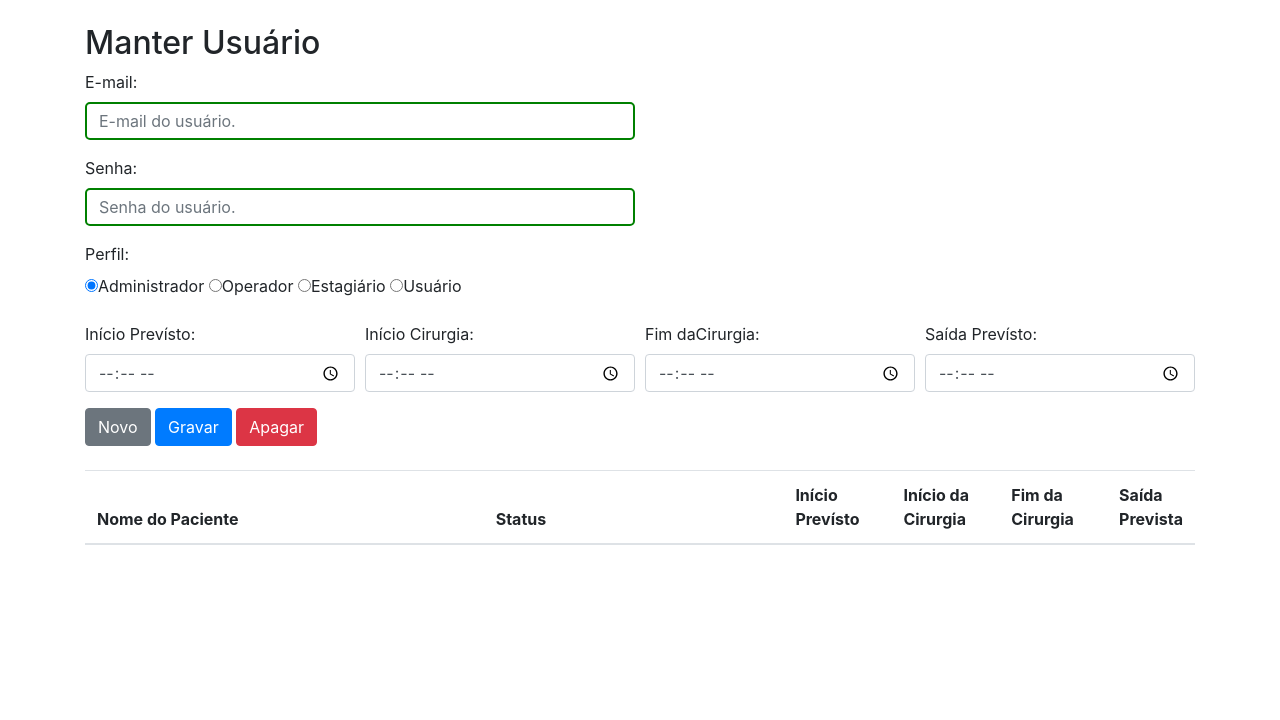
Repository: eduardo-r-jesus/Projeto_Centro_Cirurgico
Page: http://localhost/centro_cirurgico_web/formManterUsuario.jsp
The author's editor kept a copy of each file at every save. The page is drawn from the files as they stood at one save, then again after the next save.
The browser window is 1280 px wide. The pictures show the whole page.
The page is served by Tomcat 9.

Above is the page before, as saved 2021-09-07 00:36:25.

After the next save:
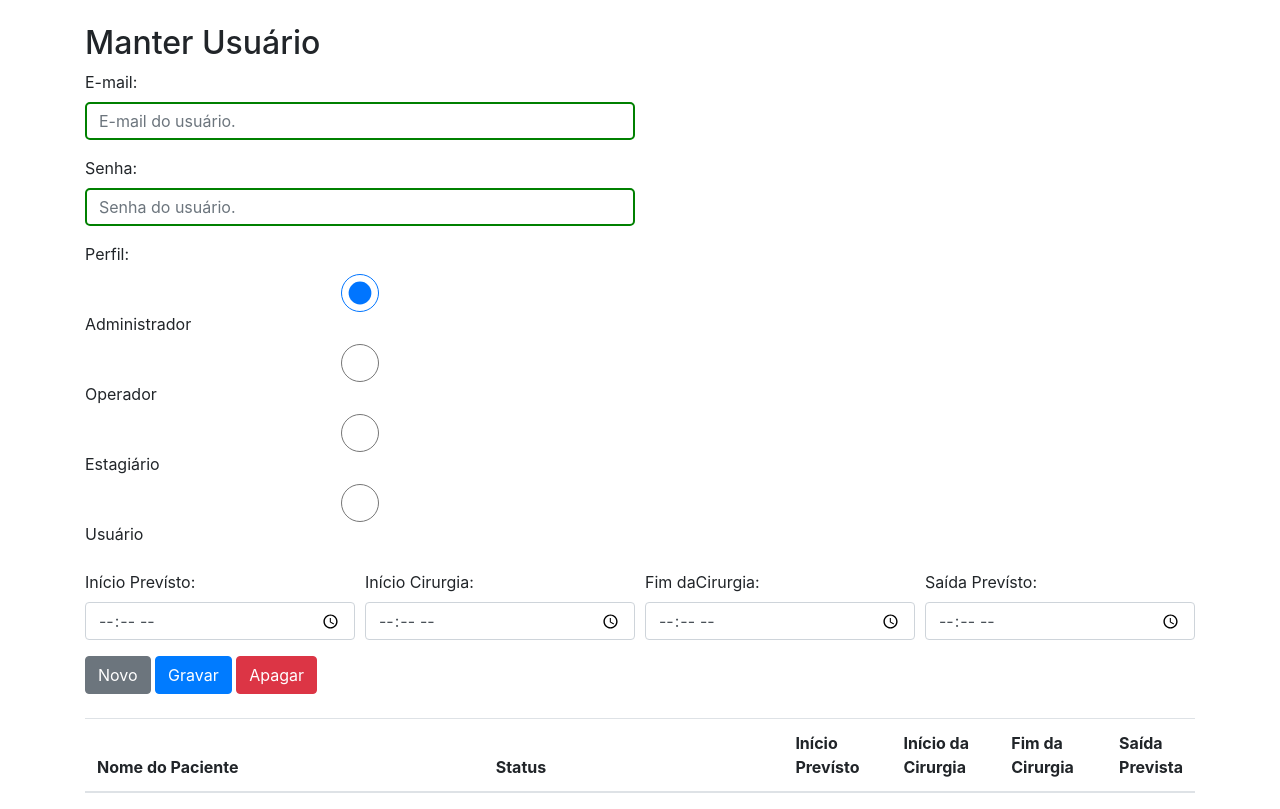
Saved 2 min 7 s later.
--- a/centro_cirurgico_web/src/main/webapp/formManterUsuario.jsp
+++ b/centro_cirurgico_web/src/main/webapp/formManterUsuario.jsp
@@ -25,8 +25,8 @@
 			</div>
 			<div class="form-row">
 				<div class="form-group col-md-6">
-					<label for="senha">Senha:</label> <input type="password"
-						class="form-control" id="senha" placeholder="Senha do usuário."
+					<label for="senha">Senha:</label>
+					<input type="password" class="form-control" id="senha" placeholder="Senha do usuário."
 						name="senha">
 				</div>
 			</div>
@@ -35,10 +35,10 @@
 				<div class="form-group col-md-6">
 					<label for="Perfil">Perfil:</label>
                 <div>
-                    <input type="radio" id="administrador" name="perfil" value="administrador" checked="checked"><label for="adm">Administrador</label>
-                    <input type="radio" id="operador" name="perfil" value="operador"><label for="ope">Operador</label>
-                    <input type="radio" id="estagiario" name="perfil" value="estagiario"><label for="est">Estagiário</label>
-                    <input type="radio" id="usuario" name="perfil" value="usuario"><label for="usuario">Usuário</label>
+                    <input type="radio" class="form-control" id="administrador" name="perfil" value="administrador" checked="checked"><label for="adm">Administrador</label>
+                    <input type="radio" class="form-control" id="operador" name="perfil" value="operador"><label for="ope">Operador</label>
+                    <input type="radio" class="form-control" id="estagiario" name="perfil" value="estagiario"><label for="est">Estagiário</label>
+                    <input type="radio" class="form-control" id="usuario" name="perfil" value="usuario"><label for="usuario">Usuário</label>
                 </div>
 				</div>
 			</div>
